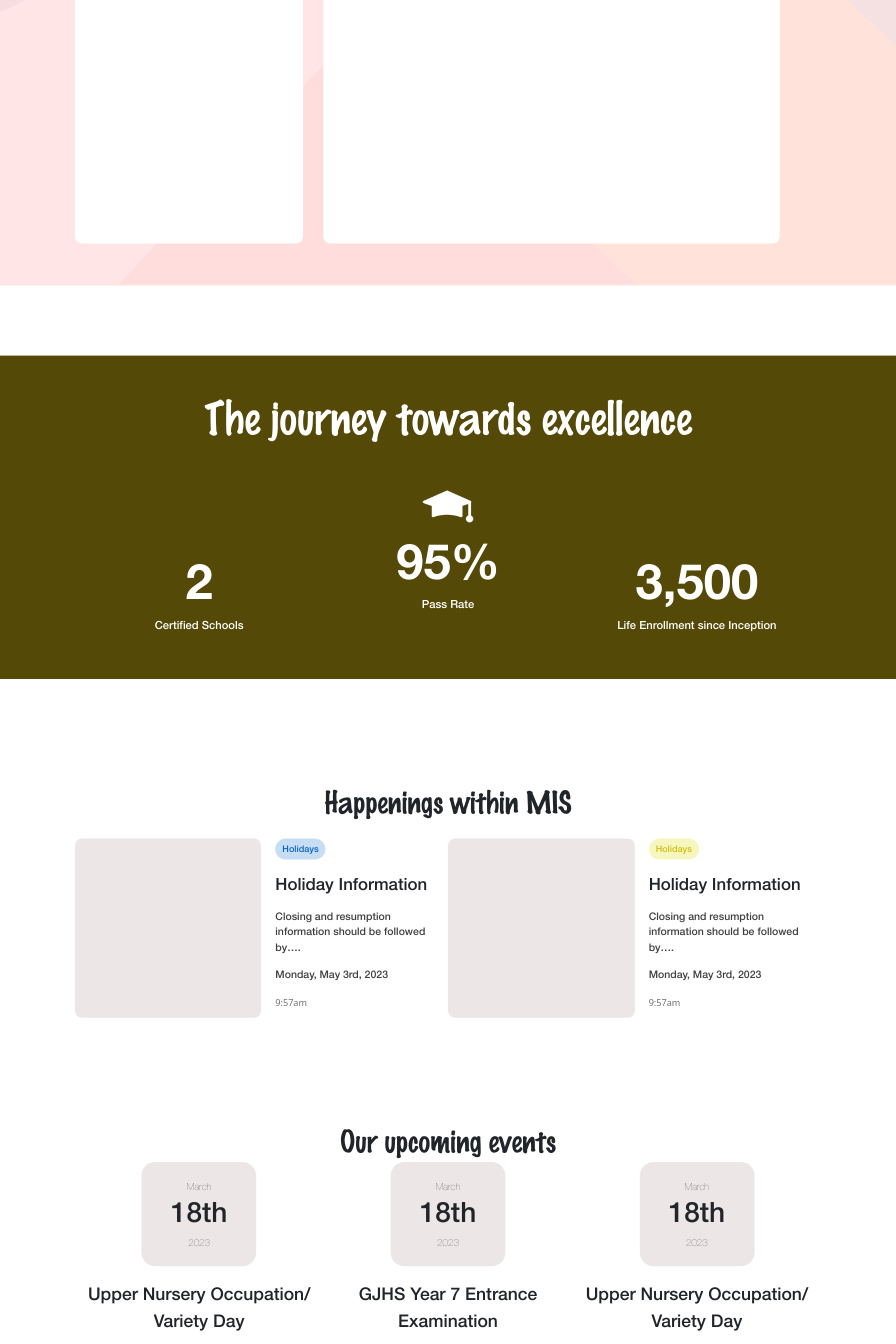
Repository: sarahnnanyelugo/MIGS
Page: /
The author's editor kept a copy of each file at every save. The page is drawn from the files as they stood at one save, then again after the next save.
The browser window is 1280 px wide. The pictures show the part of the page from y = 3550 to 5470 px (the page is 5470 px tall before and 5439 px after), at 70% of full size.
The project was rebuilt for these pictures with package versions that can differ from the ones it lists, and the page was loaded fresh each time.

Above is the page before, as saved 2023-05-30 14:13:06.

After the next save:
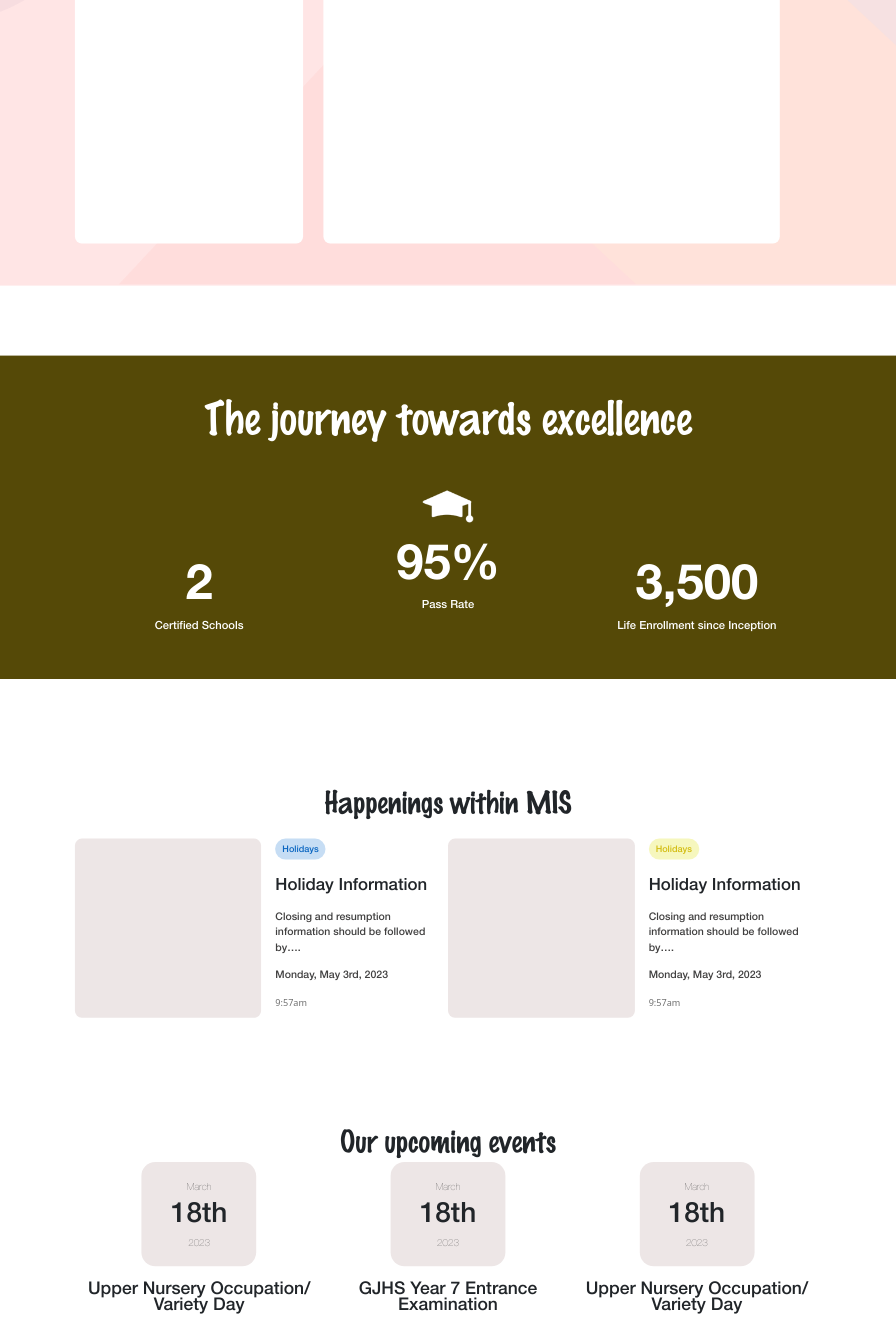
Saved 18 s later.
--- a/src/pages/Home/home.scss
+++ b/src/pages/Home/home.scss
@@ -179,5 +179,6 @@
     font-family: helveticaM;
     font-size: 25px;
     margin-top: 20px;
+    line-height: 22px;
   }
 }
